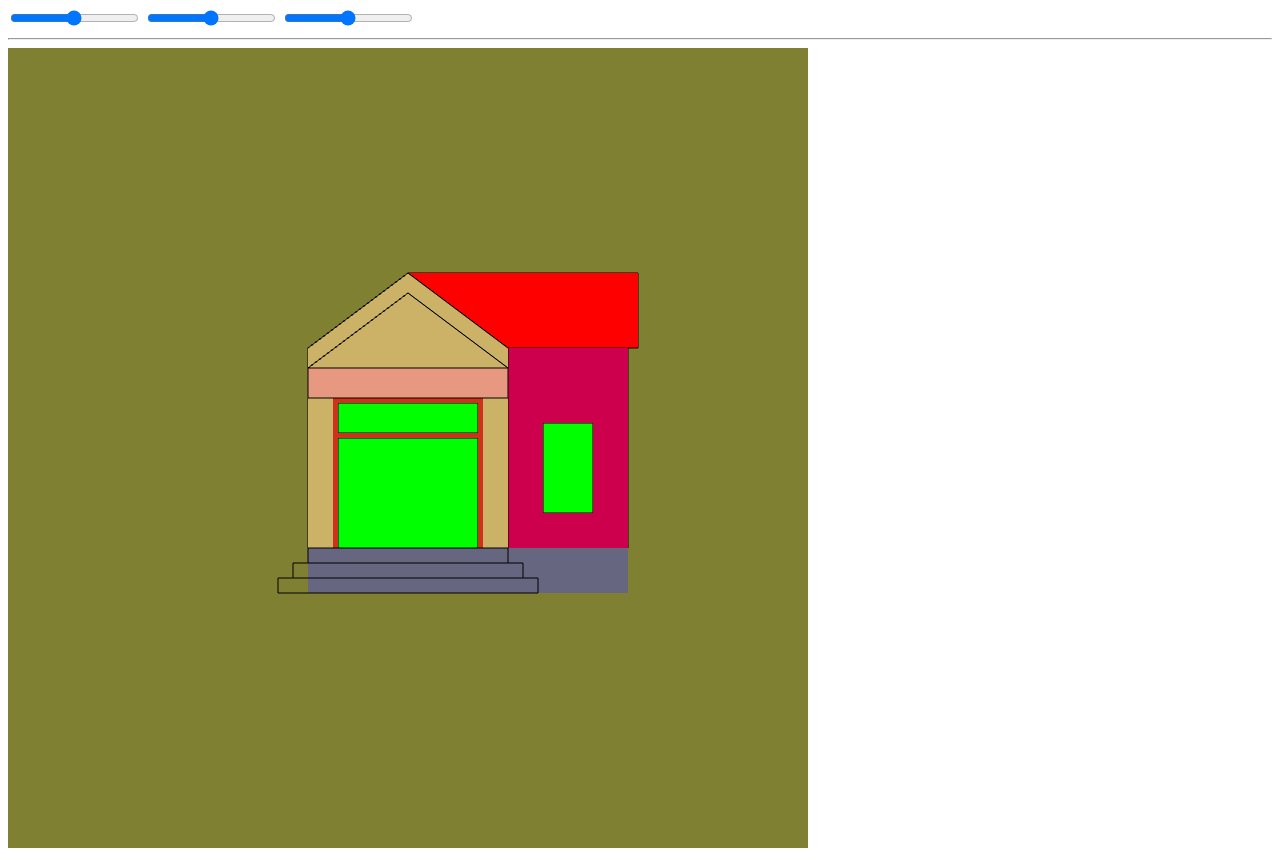
Repository: JoinGame-A36664/Build-House-WebGL
Page: index.html
The author's editor kept a copy of each file at every save. The page is drawn from the files as they stood at one save, then again after the next save.
The browser window is 1280 px wide. The pictures show the whole page.

Above is the page before, as saved 2021-10-25 10:21:09.
Console error: ReferenceError: program is not defined

After the next save:
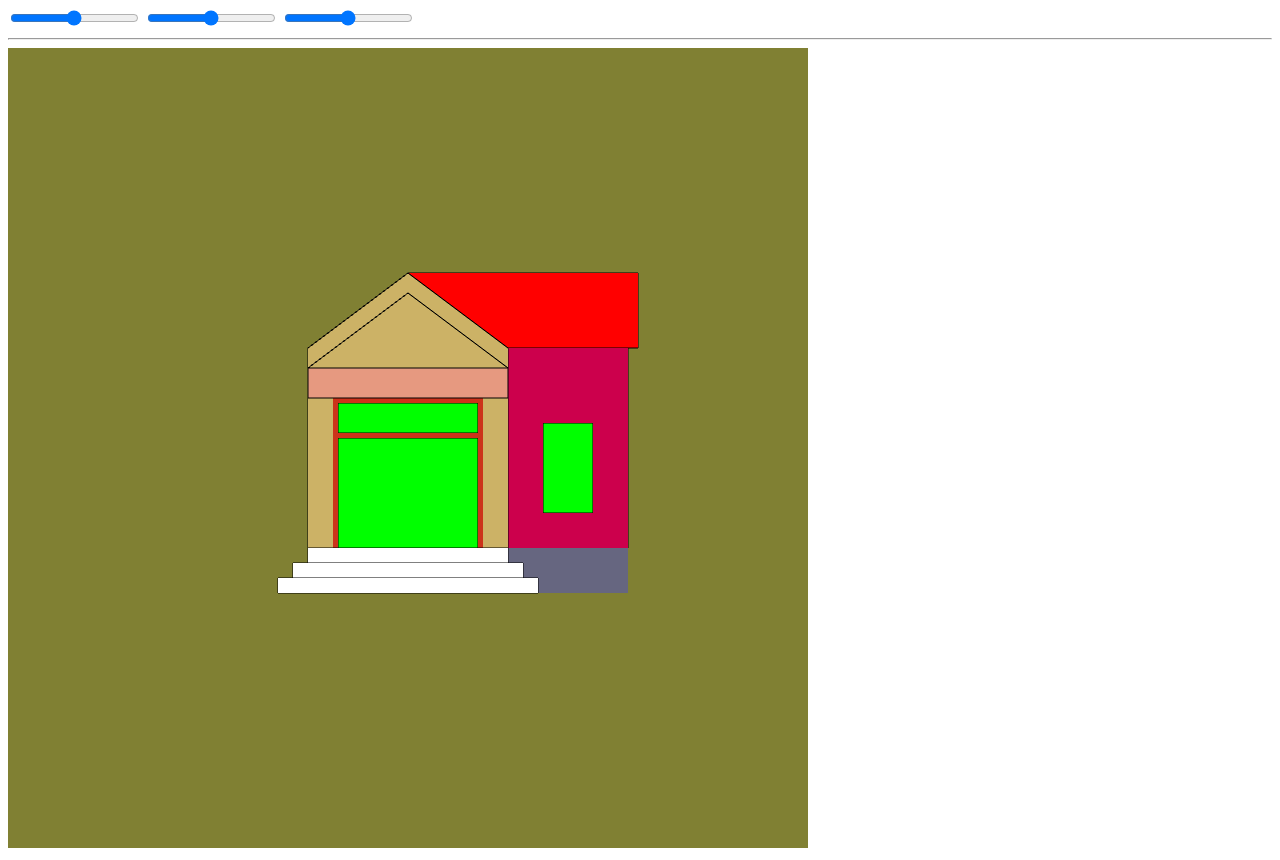
Saved 9 s later.
--- a/Bietthu1.js
+++ b/Bietthu1.js
@@ -236,19 +236,19 @@ function buildHouse(program, vertices, vertexColors) // Truyền vào những g
                     wall(program, vertices[29], vertices[30], vertices[44], vertices[50], vertexColors[0]);
 
 
-                    // wall(program, vertices[69], vertices[71], vertices[74], vertices[70], vertexColors[7]);
-                    // wall(program, vertices[5], vertices[73], vertices[74], vertices[70], vertexColors[7]);
-                    // wall(program, vertices[69], vertices[71], vertices[72], vertices[0], vertexColors[7]);
-                    // wall(program, vertices[78], vertices[75], vertices[76], vertices[77], vertexColors[0]);
-                    // wall(program, vertices[78], vertices[75], vertices[79], vertices[82], vertexColors[7]);
-                    // wall(program, vertices[75], vertices[76], vertices[80], vertices[79], vertexColors[7]);
-                    // wall(program, vertices[82], vertices[78], vertices[77], vertices[81], vertexColors[7]);
-                    // wall(program, vertices[83], vertices[84], vertices[85], vertices[86], vertexColors[0]);
-                    // wall(program, vertices[83], vertices[84], vertices[87], vertices[88], vertexColors[7]);
-                    // wall(program, vertices[85], vertices[84], vertices[87], vertices[90], vertexColors[7]);
-                    // wall(program, vertices[85], vertices[86], vertices[89], vertices[90], vertexColors[7]);
-                    // wall(program, vertices[88], vertices[83], vertices[89], vertices[86], vertexColors[7]);
-                    // wall(program, vertices[80], vertices[76], vertices[77], vertices[81], vertexColors[7]);
+                    wall(program, vertices[69], vertices[71], vertices[74], vertices[70], vertexColors[7]);
+                    wall(program, vertices[5], vertices[73], vertices[74], vertices[70], vertexColors[7]);
+                    wall(program, vertices[69], vertices[71], vertices[72], vertices[0], vertexColors[7]);
+                    wall(program, vertices[78], vertices[75], vertices[76], vertices[77], vertexColors[0]);
+                    wall(program, vertices[78], vertices[75], vertices[79], vertices[82], vertexColors[7]);
+                    wall(program, vertices[75], vertices[76], vertices[80], vertices[79], vertexColors[7]);
+                    wall(program, vertices[82], vertices[78], vertices[77], vertices[81], vertexColors[7]);
+                    wall(program, vertices[83], vertices[84], vertices[85], vertices[86], vertexColors[0]);
+                    wall(program, vertices[83], vertices[84], vertices[87], vertices[88], vertexColors[7]);
+                    wall(program, vertices[85], vertices[84], vertices[87], vertices[90], vertexColors[7]);
+                    wall(program, vertices[85], vertices[86], vertices[89], vertices[90], vertexColors[7]);
+                    wall(program, vertices[88], vertices[83], vertices[89], vertices[86], vertexColors[7]);
+                    wall(program, vertices[80], vertices[76], vertices[77], vertices[81], vertexColors[7]);
 
 
                     wall(program, vertices[5], vertices[92], vertices[94], vertices[30], vertexColors[10]);
